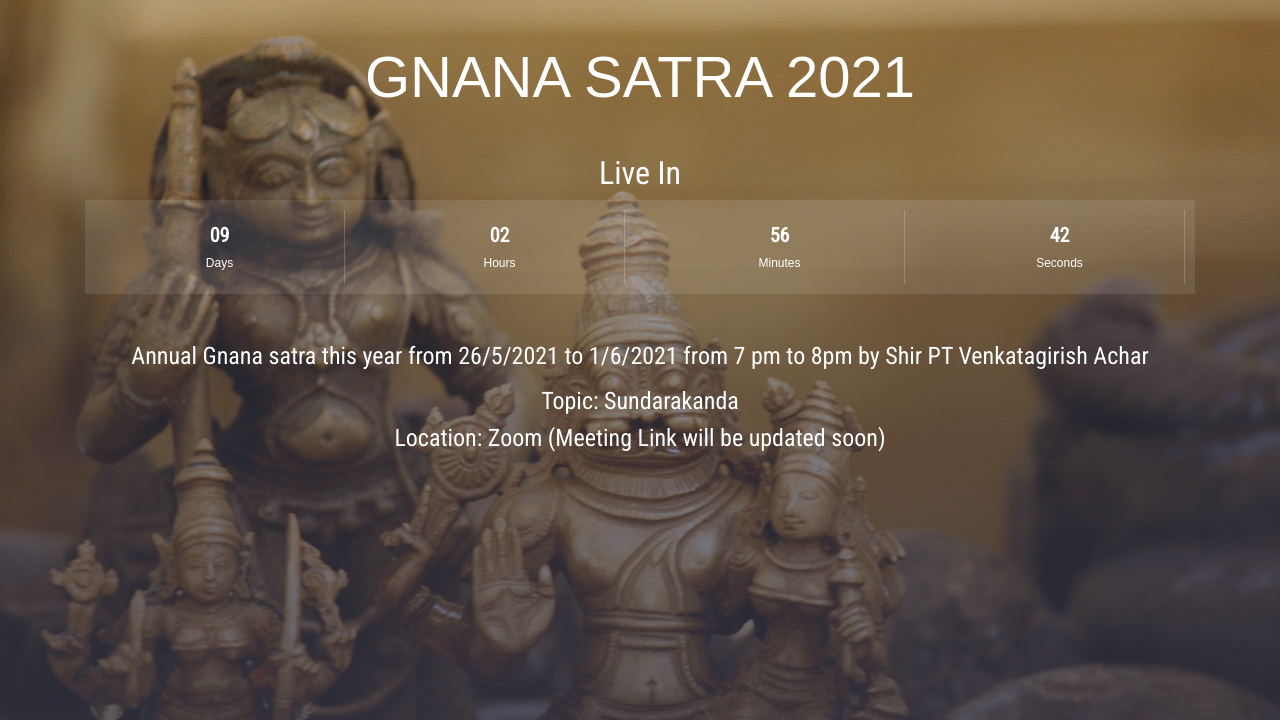
Repository: anirudhbichal/gs
Page: /
These files come from the project's save history. The page is drawn as it stood at one moment and after the next save; the edit follows.
The browser window is 1280 px wide. The pictures show the whole page.
Some web fonts or font styles are not loaded; a fallback is used. The project was rebuilt for these pictures with package versions that can differ from the ones it lists, and the page was loaded fresh each time.

Above is the page before, as saved 2021-05-17 17:56:48.

### src/App.js
import 'bootstrap/dist/css/bootstrap.min.css';
import './App.css';
import Container from 'react-bootstrap/Container';
import Timer from "./components/countdown/Timer";

function App() {
  return (
    <div className="App">
      <Container className="my-5">
        <h1 className="mb-5">
          Gnana Satra 2021
        </h1>
        <h2>Live In</h2>
        <Timer />
        <h4 className="mt-5">
          Annual Gnana satra this year from 26/5/2021 to 1/6/2021 from 7 pm to 8pm by Shir PT Venkatagirish Achar
        </h4>
        <h4 className="mt-3">
          Topic: Sundarakanda
        </h4>
        <h4>
          Location: Zoom (Meeting Link will be updated soon)
        </h4>
      </Container>
    </div>
  );
}

export default App;

### src/App.css
@import url("https://fonts.googleapis.com/css?family=Roboto+Condensed&display=swap");
@import url('http://fonts.cdnfonts.com/css/samarkan');

body {
  color: #fff;
  font-family: "Roboto Condensed", sans-serif;
  background-image: url('gs-bg.jpg');
  background-position: top top;
  background-size: cover;
  margin: 0;
}

.App {
  position: fixed;
  top: 0;
  left: 0;
  right: 0;
  bottom: 0;
  text-align: center;
  background: rgb(55, 55, 70);
  background: linear-gradient(
    0deg,
    rgba(55, 55, 70, 0.8) 0%,
    rgba(55, 55, 70, 0.6) 50%,
    rgba(55, 55, 70, 0.3) 100%
  );
}

h1 {
  font-family: 'Samarkan', sans-serif;
  font-size: 58px;
  text-transform: uppercase;
  line-height: 1;
}

### src/components/countdown/Timer.js
import React, { Component } from "react";
// import moment from 'moment';
import Container from 'react-bootstrap/Container';
import Row from 'react-bootstrap/Row';
import Col from 'react-bootstrap/Col';
import "./Timer.css";

class CountDown extends Component {
  constructor(props) {
    super(props);
    this.count = this.count.bind(this);
    this.state = {
      days: 0,
      minutes: 0,
      hours: 0,
      secounds: 0,
      time_up: ""
    };
    this.x = null;
    this.deadline = null;
  }
  count() {
    var now = new Date().getTime();
    var t = this.deadline - now;
    var dd = Math.floor(t / (1000 * 60 * 60 * 24));
    var hh = Math.floor((t % (1000 * 60 * 60 * 24)) / (1000 * 60 * 60));
    var mm = Math.floor((t % (1000 * 60 * 60)) / (1000 * 60));
    var ss = Math.floor((t % (1000 * 60)) / 1000);

    var days = dd < 10 ? "0" + dd : dd;
    var hours = hh < 10 ? "0" + hh : hh;
    var minutes = mm < 10 ? "0" + mm : mm;
    var seconds = ss < 10 ? "0" + ss : ss;

    this.setState({ days, minutes, hours, seconds });

    if (t < 0) {
      clearInterval(this.x);
      this.setState({
        days: 0,
        minutes: 0,
        hours: 0,
        seconds: 0,
        time_up: "TIME IS UP"
      });
    }
  }
  componentDidMount() {
    this.deadline = new Date("May 26, 2021 19:00:00").getTime();

    this.x = setInterval(this.count, 1000);
  }

  render() {
    const { days, seconds, hours, minutes } = this.state;
    return (
      <Container id="countdown">
        <Row>
            <Col>
                <div className="box">
                    <p id="day">{days}</p>
                    <span className="text">Days</span>
                </div>
            </Col>
            <Col>
                <div className="box">
                    <p id="hour">{hours}</p>
                    <span className="text">Hours</span>
                </div>
            </Col>
            <Col>
                <div className="box">
                    <p id="minute">{minutes}</p>
                    <span className="text">Minutes</span>
                </div>
            </Col>
            <Col>
                <div className="box">
                    <p id="second">{seconds}</p>
                    <span className="text">Seconds</span>
                </div>
            </Col>
        </Row>
      </Container>
    );
  }
}

export default CountDown;

### src/components/countdown/Timer.css
#countdown {
    padding: 10px;
    background-color: rgba(255, 255, 255, 0.1);
    display: inline-block;
    text-align: center;
    margin: auto;
  }
  #countdown .box {
    padding: 10px;
    border-right: solid 1px rgba(255, 255, 255, 0.2);
  }
  #countdown .col-4:last-child .box {
    border-right-color: transparent;
  }
  #countdown .box p {
    font-size: 20px;
    font-weight: bold;
    margin: 0;
  }
  #countdown .box .text {
    font-size: 12px;
    font-family: sans-serif;
  }

Loaded but not shown: public/index.html (common file); src/index.js (common file); src/index.css (common file); src/reportWebVitals.js (common file)

After the next save:
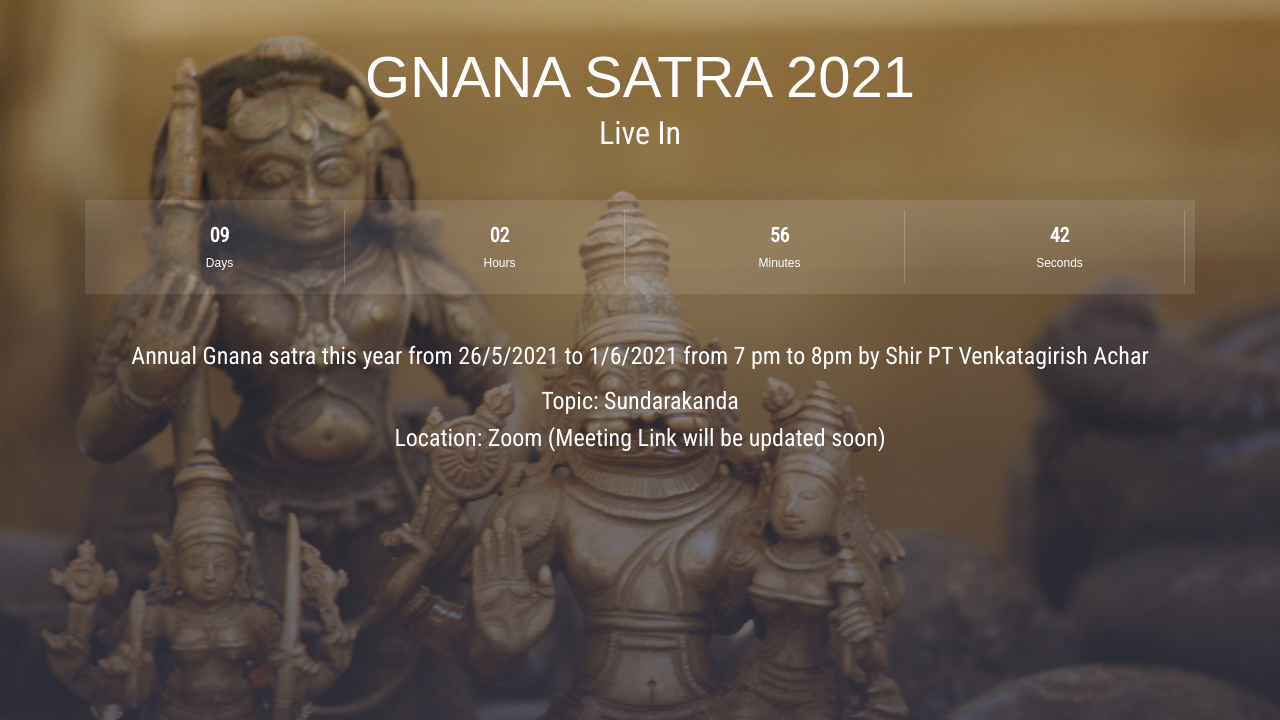
Saved 13 s later.
--- a/src/App.js
+++ b/src/App.js
@@ -7,10 +7,10 @@ function App() {
   return (
     <div className="App">
       <Container className="my-5">
-        <h1 className="mb-5">
+        <h1>
           Gnana Satra 2021
         </h1>
-        <h2>Live In</h2>
+        <h2 className="mb-5">Live In</h2>
         <Timer />
         <h4 className="mt-5">
           Annual Gnana satra this year from 26/5/2021 to 1/6/2021 from 7 pm to 8pm by Shir PT Venkatagirish Achar
